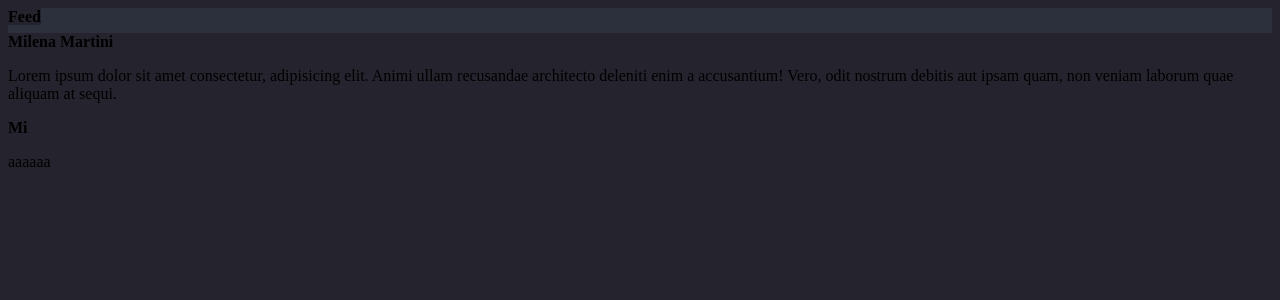
Repository: MilenaMartini/IgniteRckReactJs
Page: /
These files come from the project's save history. The page is drawn as it stood at one moment and after a run of saves; the edit follows.
The browser window is 1280 px wide. The pictures show the whole page.
The project was rebuilt for these pictures with package versions that can differ from the ones it lists, and the page was loaded fresh each time. Also part of the build but not shown: vite.config.js.

Above is the page before, as saved 2023-04-14 14:04:07.

### src/App.jsx
import { Post } from "./Post"
import {Header} from "./components/Header"
import "./styles.css"

function App() {

  return (
    <div>
    <Header  />

   <Post
   author="Milena Martini"
   content="Lorem ipsum dolor sit amet consectetur, adipisicing elit. Animi ullam recusandae architecto deleniti enim a accusantium! Vero, odit nostrum debitis aut ipsam quam, non veniam laborum quae aliquam at sequi."
   />

   <Post
      author="Mi"
      content="aaaaaa"
    />
   </div>
  )
}
export default App

### src/Post.jsx
export function Post(props) {
  return (
  <div>
    <strong>{props.author}</strong>
    <p>{props.content}</p>
  </div>
    )
}

### src/components/Header.jsx
import React from "react";
import Style from './Header.module.css';

export function Header() {
  return(
  <header className={Style.header}>
    <strong >Feed</strong>
  </header>

  );
}

### src/styles.css
*{
  margin;0 ;
  background-color: #25242e;
}

### src/components/Header.module.css
.header{
    background-color: #2c303d;
    height: 25px;
}

Loaded but not shown: index.html (common file); src/main.jsx (common file)

After the next 2 saves:
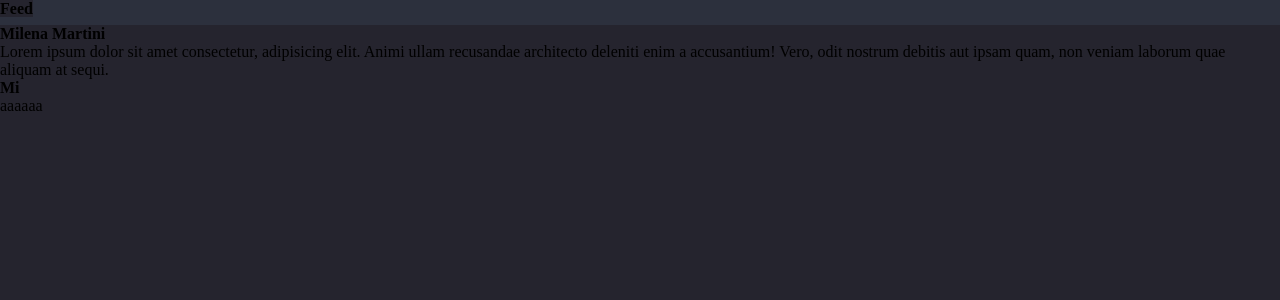
The 2 saves are shown as one change because they came seconds apart.
The last was saved 7 s later.
--- a/src/styles.css
+++ b/src/styles.css
@@ -1,4 +1,4 @@
 *{
-  margin;0 ;
+  margin:0 ;
   background-color: #25242e;
 }
